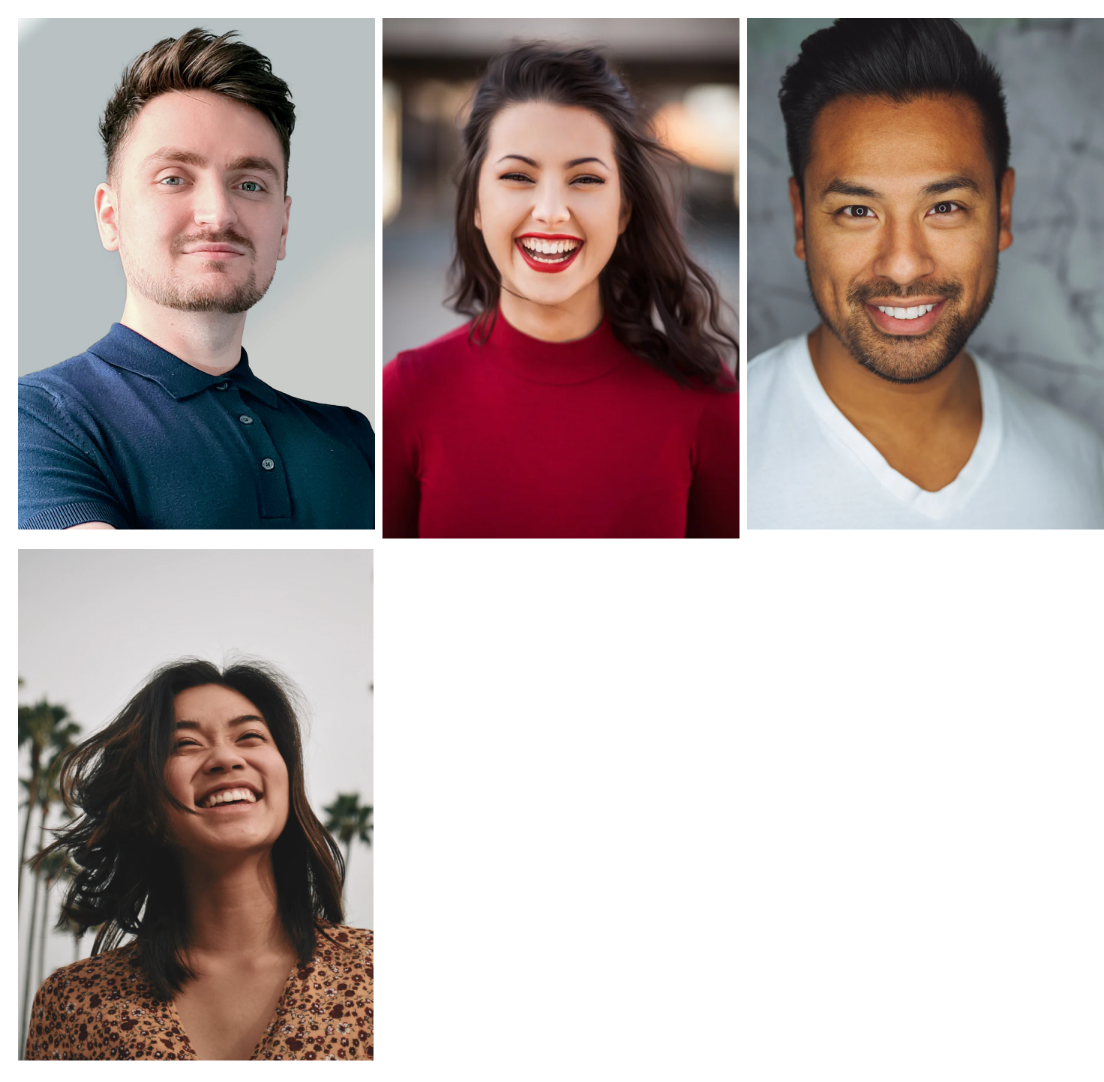
Repository: georgisenze/my-team-page-challeng
Page: index.html
An editor plug-in stored every save of this project. The page is shown before and after a run of saves, followed by the edit.
The browser window is 1280 px wide. The page is 1472 px wide, so the pictures cover 1472 px, including what lies to the right of the window. The pictures show the whole page, at 75% of full size.

Above is the page before, as saved 2023-02-22 21:51:32.

### index.html
<!DOCTYPE html>
<html lang="en">
<head>
    <meta charset="UTF-8">
    <meta http-equiv="X-UA-Compatible" content="IE=edge">
    <meta name="viewport" content="width=device-width, initial-scale=1.0">
    <title>My team page</title>

    <link rel="stylesheet" href="assets/css/style.css">
</head>
<body>
     <div class="container" id="container">
        <div class="box">
            <img src="assets/img/photo1.png" alt="" >
        </div>
        <div class="box">
            <img src="assets/img/photo2.png" alt="">
        </div>
        <div class="box">
            <img src="assets/img/photo3.png" alt="">
        </div>
        <div class="box">
            <img src="assets/img/photo4.png" alt="">
        </div>
        <div class="box">

        </div>
      </div>
</body>
</html>

### assets/css/style.css
:root {
    --var-flow: row;
    --var-mode: horizontal-tb;
  }

  .container {
    writing-mode: var(--var-mode);
    display: grid;
    grid-template-columns: 1fr 1fr 1fr;
    grid-template-rows: repeat(2,minmax(100px, auto));
    grid-auto-flow: var(--var-flow);
    gap: 10px;
    background-color: var(--color-stroke);
    padding: 1em;
    max-width: 30rem;
  }

  label {
    --flow-space: 1rem;
    display: grid;
    grid-template-columns: 180px min-content;
    gap: 0.2rem;
  }

After the next 6 saves:
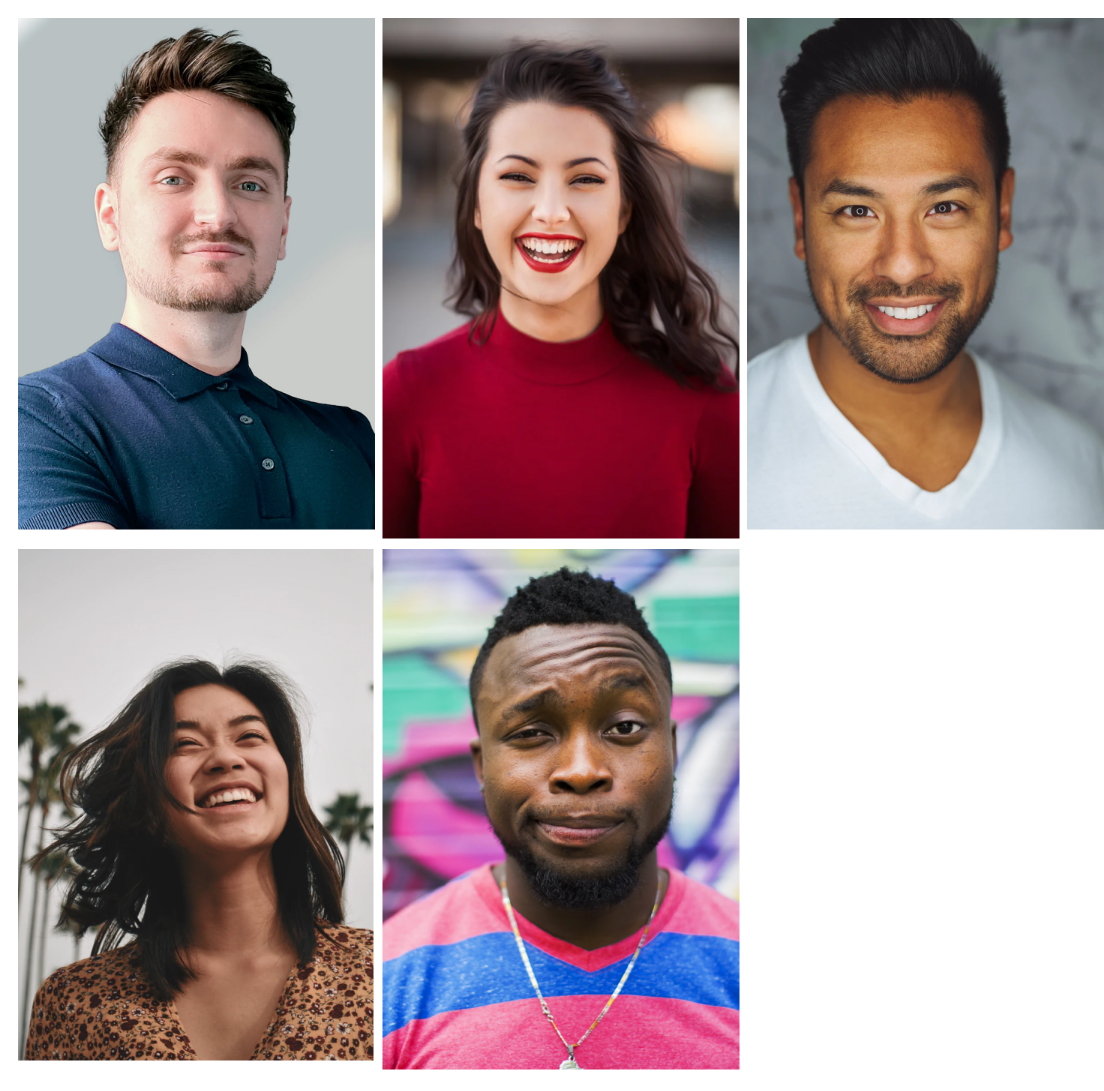
The 6 saves are shown as one change because they came seconds apart.
The last was saved 16 s later.
--- a/index.html
+++ b/index.html
@@ -23,7 +23,7 @@
             <img src="assets/img/photo4.png" alt="">
         </div>
         <div class="box">
-
+            <img src="assets/img/photo5.png" alt="">
         </div>
       </div>
 </body>
